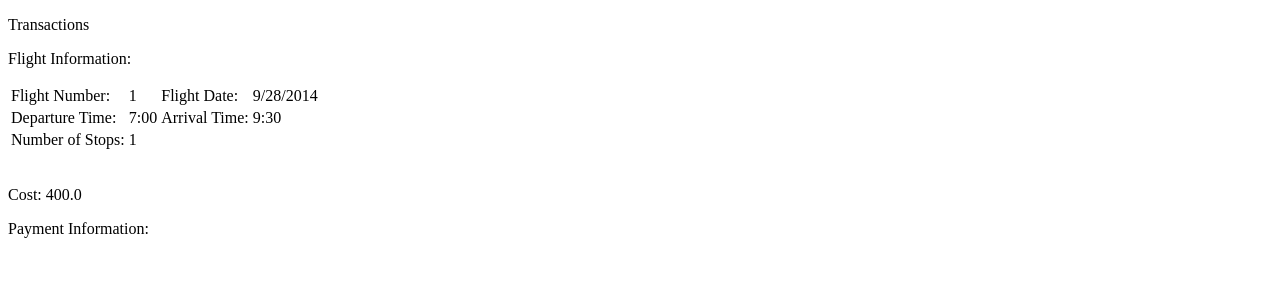
Repository: jliu9000/CSE-464---Flight-Pages
Page: http://localhost/HW1/Transaction.jsp
The author's editor kept a copy of each file at every save. The page is drawn from the files as they stood at one save, then again after the next save.
The browser window is 1280 px wide. The pictures show the whole page.
The page is served by Tomcat 9.

Above is the page before, as saved 2014-09-21 09:07:01.

After the next save:
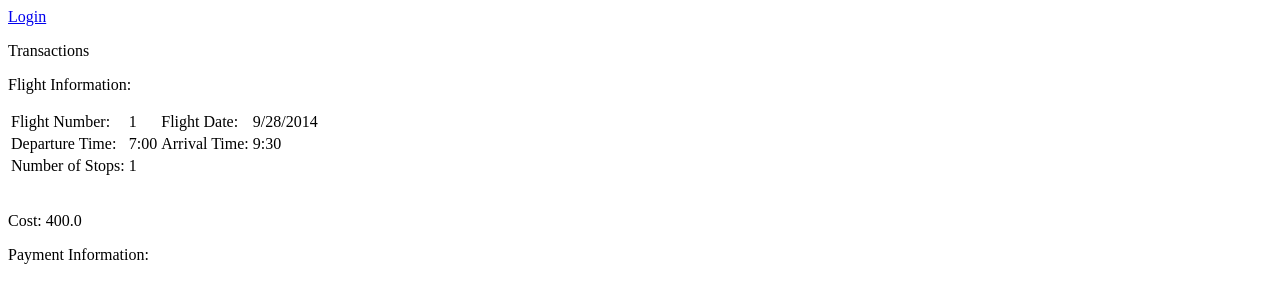
Saved 83 s later.
--- a/HW1/WebContent/Transaction.jsp
+++ b/HW1/WebContent/Transaction.jsp
@@ -13,6 +13,11 @@
 %>
 
 <body>
+<a id="login" href="/login.jsp">
+<%=session.getAttribute("nUserID") != null ? "Logout" : "Login"%>
+</a>
+
+
 <p class='PageTitle'>Transactions</p>
 <p class='subheading'>Flight Information:</p>
 <table>
@@ -35,7 +40,11 @@
 <p class='subheading'>Payment Information:</p>
 
 <form action='a' method=post></form>
+<div>
 
+
+
+</div>
 
 
 
